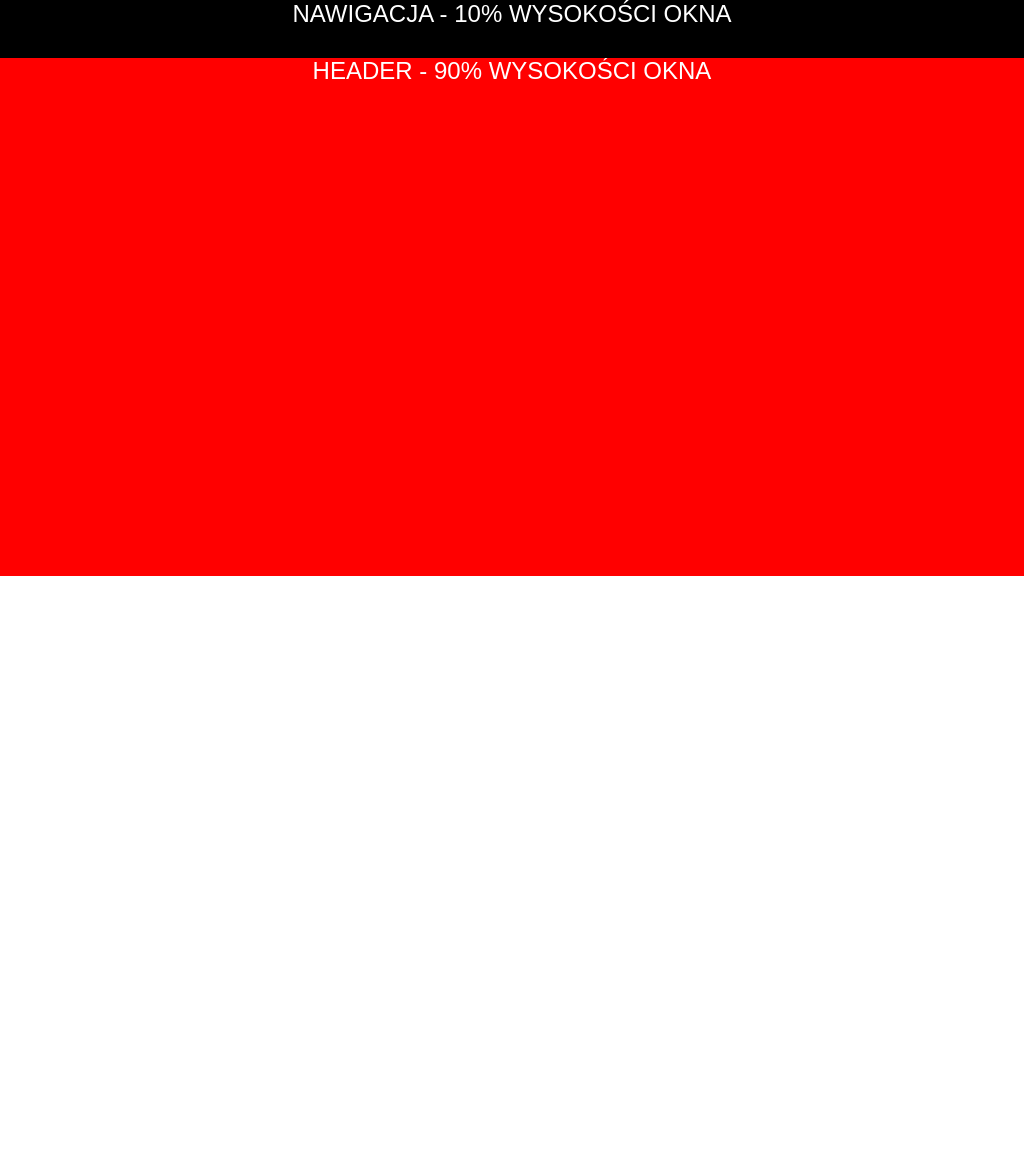
Repository: jasonj2333/advance_CSS
Page: 01-Header, Nav/start.html
These files come from the project's save history. The page is drawn as it stood at one moment and after the next save; the edit follows.
The browser window is 1280 px wide. The pictures show the whole page, at 80% of full size.

Above is the page before, as saved 2019-04-23 18:33:26.

After the next save:
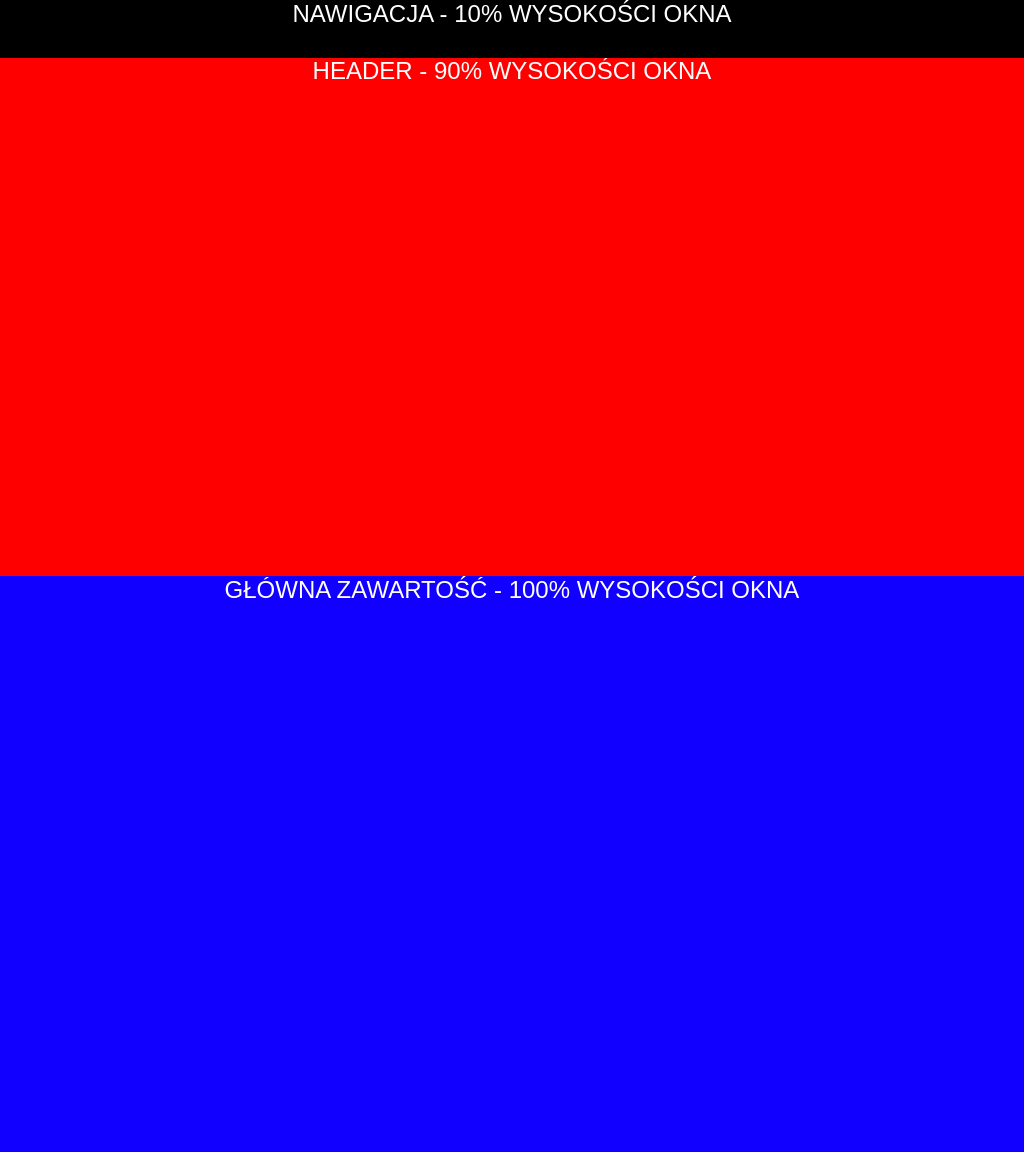
Saved 16 s later.
--- a/01-Header, Nav/start.html
+++ b/01-Header, Nav/start.html
@@ -35,6 +35,7 @@
 
         main {
             height: 100vh;
+            background-color: rgb(17, 0, 255);
         }
     </style>
 </head>
